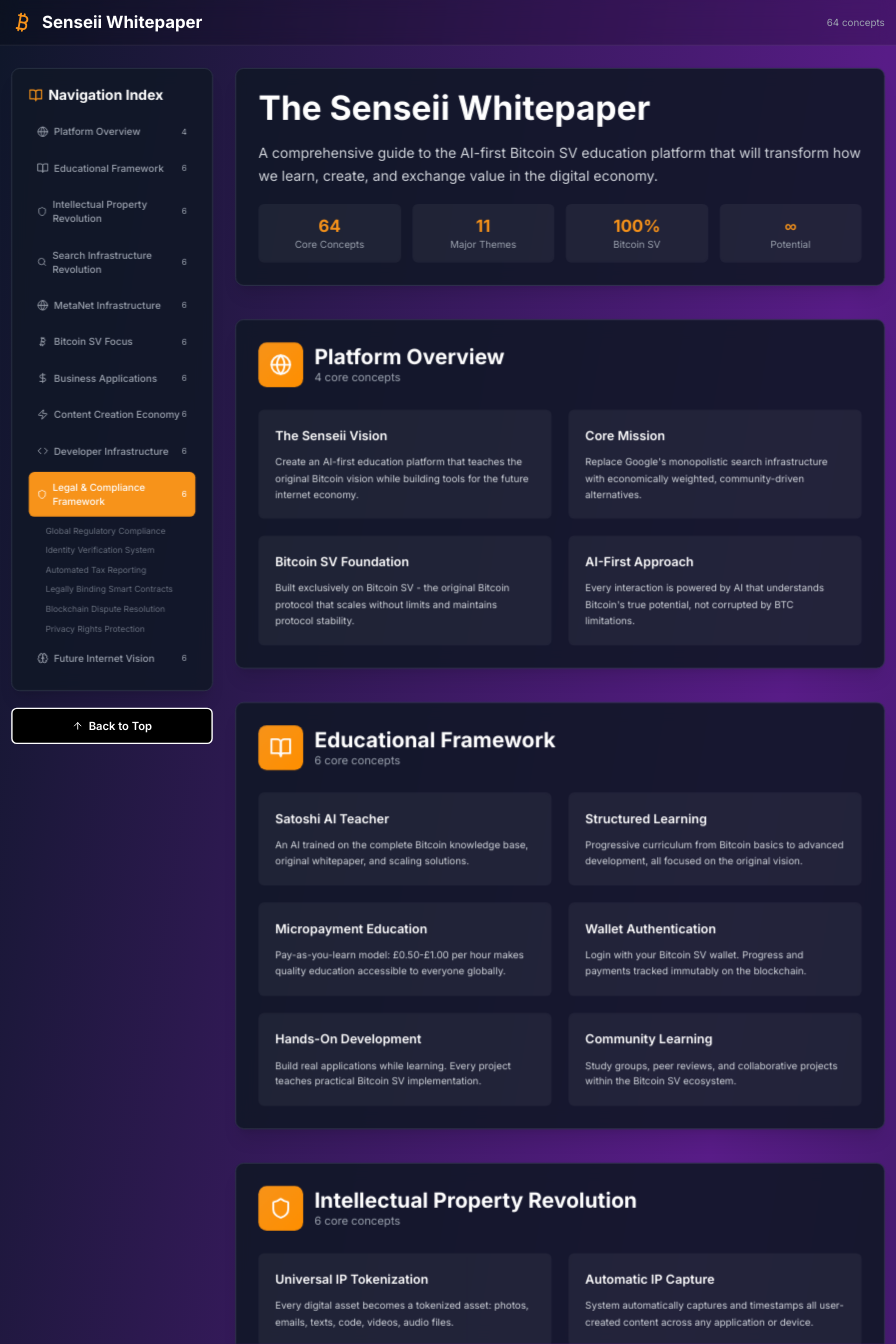
Repository: b0ase/senseii
Page: /whitepaper
The author's editor kept a copy of each file at every save. The page is drawn from the files as they stood at one save, then again after the next save.
The browser window is 1280 px wide. The pictures show the part of the page from y = 0 to 1920 px (the page is 7926 px tall), at 70% of full size.
The project was rebuilt for these pictures with package versions that can differ from the ones it lists, and the page was loaded fresh each time. The framework's server and built-in components were replaced by stand-ins that run in the browser. Also part of the build but not shown: next.config.js.

Above is the page before, as saved 2025-06-06 21:38:52.

After the next save:
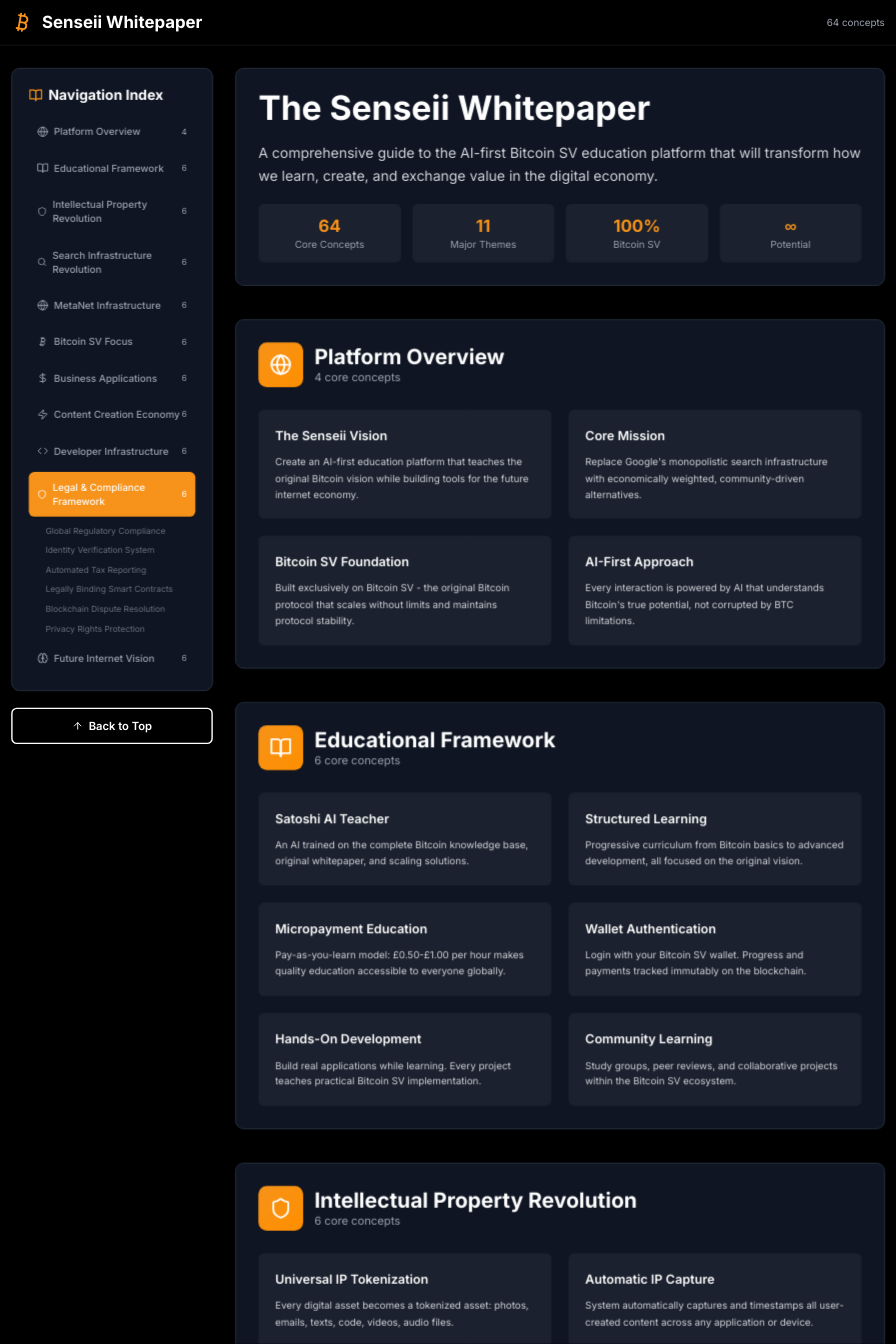
Saved 20 s later.
--- a/app/whitepaper/page.tsx
+++ b/app/whitepaper/page.tsx
@@ -440,7 +440,7 @@
   }
 
   return (
-    <div className="min-h-screen bg-gradient-to-br from-slate-900 via-purple-900 to-slate-900">
+    <div className="min-h-screen bg-black">
       {/* Header */}
       <div className="sticky top-0 z-50 bg-black/20 backdrop-blur-md border-b border-white/10">
         <div className="container mx-auto px-4 py-4">
